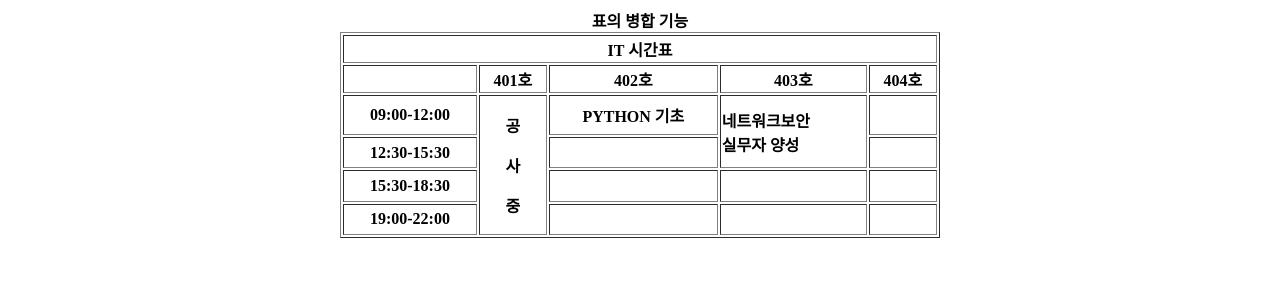
Repository: thswlsqls/JspWorkspace
Page: html/quiz_time.html
These files come from the project's save history. The page is drawn as it stood at one moment and after the next save; the edit follows.
The browser window is 1280 px wide. The pictures show the whole page.

Above is the page before, as saved 2021-04-09 08:37:57.

After the next save:
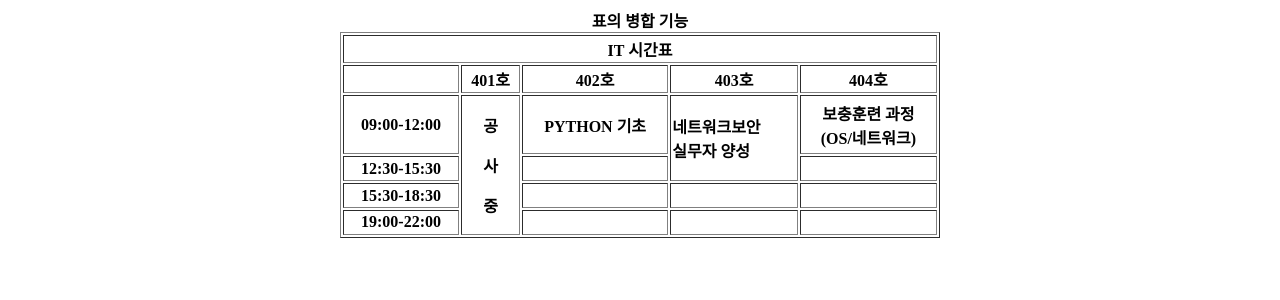
Saved 32 s later.
--- a/html/quiz_time.html
+++ b/html/quiz_time.html
@@ -14,7 +14,7 @@
 			<th></th><th>401호</th><th>402호</th><th>403호</th><th>404호</th>
 		</tr>
 		<tr>
-			<th align="center">09:00-12:00</th><th rowspan="4"><p>공</p><p>사</p><p>중</p></th><th>PYTHON 기초</th><th rowspan="2" align="left">네트워크보안<br>실무자 양성</th><th></th>
+			<th align="center">09:00-12:00</th><th rowspan="4"><p>공</p><p>사</p><p>중</p></th><th>PYTHON 기초</th><th rowspan="2" align="left">네트워크보안<br>실무자 양성</th><th>보충훈련 과정<br>(OS/네트워크)</th>
 		</tr>
 		<tr>
 			<th align="center">12:30-15:30</th><th></th><th></th>
